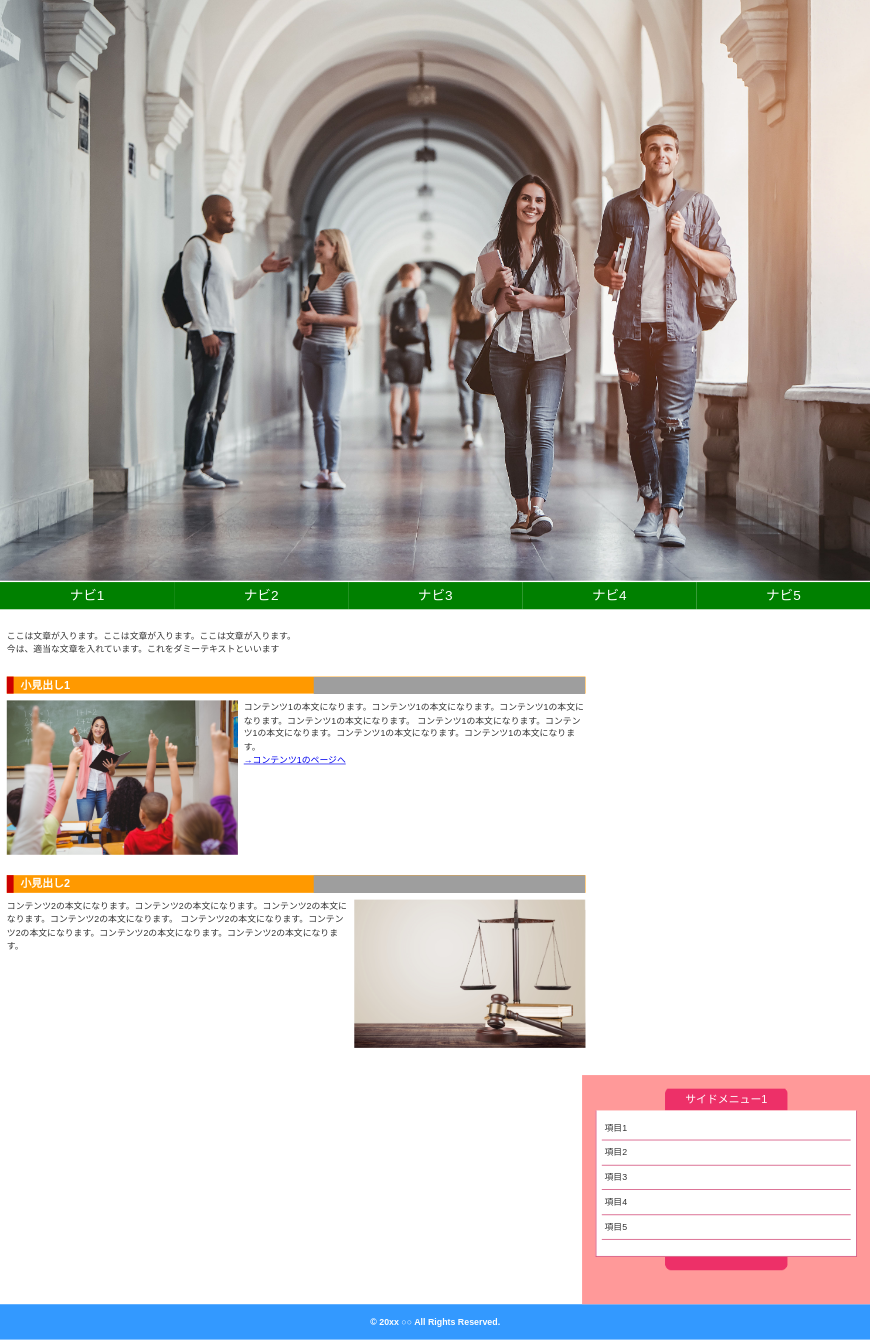
Repository: Soto-Iwaki/samurai_HTML-CSS
Page: home.html
The author's editor kept a record of every edit. The page is drawn from the files as they stood at one moment, then again after the next edit.
The browser window is 1280 px wide. The pictures show the whole page, at 68% of full size.
Pictures or frames that could not be fetched are drawn as grey boxes.

Above is the page before.

### home.html
<!DOCTYPE html>
<html lang="ja">
    <head>
        <meta charset="UTF-8">
        <title>HTML/CSSの学習</title>
        <link rel="stylesheet" href="stylesheet.css">
    </head>
    <body>
            <div id="header">
                <h1><a href="index.html"><img id="corridor" src="images/corridor.jpg" alt="大学の廊下" /></a></h1>
            </div>
        <div id="wrapper">
            <div id="nav">
                <ul>
                    <li><a href="home.html">ナビ1</a></li>
                    <li><a href="#">ナビ2</a></li>
                    <li><a href="#">ナビ3</a></li>
                    <li><a href="#">ナビ4</a></li>
                    <li><a href="#">ナビ5</a></li>
                </ul>
            </div>
                <div id="container">
                    <div id="main">
                        <div class="post">
                            <p>ここは文章が入ります。ここは文章が入ります。ここは文章が入ります。<br/>今は、適当な文章を入れています。これをダミーテキストといいます</p>
                        </div>
                        <div class="post clearfix">
                            <h2>小見出し1</h2>
                            <img class="left" src="images/classroom.jpg" alt="授業風景" />
                            <p>
                                コンテンツ1の本文になります。コンテンツ1の本文になります。コンテンツ1の本文になります。コンテンツ1の本文になります。
                                コンテンツ1の本文になります。コンテンツ1の本文になります。コンテンツ1の本文になります。コンテンツ1の本文になります。
                            </p>
                            <p><a href="#">→コンテンツ1のページへ</a></p>
                        </div>
                    <div class="post clearfix">
                        <h2>小見出し2</h2>
                        <img class="right" src="images/scale.jpg" alt="天秤" />
                        <p>
                            コンテンツ2の本文になります。コンテンツ2の本文になります。コンテンツ2の本文になります。コンテンツ2の本文になります。
                            コンテンツ2の本文になります。コンテンツ2の本文になります。コンテンツ2の本文になります。コンテンツ2の本文になります。
                        </p>
                    </div>
                </div>
        </div>
            <div id="side">
                <div class="box">
                    <h2>サイドメニュー1</h2>
                    <div class="boxBody">
                        <ul>
                            <li>項目1</li>
                            <li>項目2</li>
                            <li>項目3</li>
                            <li>項目4</li>
                            <li>項目5</li>
                        </ul>
                    </div>
                </div>
            </div>
        <div id="footer">
            <p>&copy; 20xx ○○ All Rights Reserved.</p>
            </div>
    </body>
</html>

### stylesheet.css
@charset "utf-8";

body {
	margin: 0;
	padding: 0;
	font-family: "ヒラギノ角ゴ Pro W3", "Hiragino Kaku Gothic Pro", "メイリオ", Meiryo, Osaka, "ＭＳ Ｐゴシック", "MS PGothic", sans-serif;
	color: #333;
	font-size: 13px;
	line-height: 150%;
}

/* -------------------- wrapper -------------------- */
#wrapper {
	width: 100%;
	margin: auto;
	padding: 0px;
	border: 0px;
	background-color: #FFF;
	top: 10px;
}

/* -------------------- header -------------------- */
#header {
	width: 100%;
}
#header h1 {
	margin: 0;
	padding: 0;
}

#corridor {
	width: 100%;
	height: auto;
}

/* -------------------- footer -------------------- */
#footer {
	clear: both;
	width: 100%;
	padding: 3px 0 3px 0;
	background: #39F;
	color: #FFF;
	font-weight: bold;
	text-align: center;
}

/* -------------------- nav -------------------- */
#nav {
	width: 100%;
}
#nav ul {
	display: flex;
	margin: 0;
	padding: 0;
	list-style-type: none;
}
#nav ul li {
	width: 20%;
	text-align: center;
}
#nav ul li a {
	display: block;
	height: 20px;
	margin: 0;
	padding: 10px;
	color: #FFF;
	font-size: 20px;
	text-decoration: none;
	background-color: green;
}

#nav ul Li a:hover {
	filter: drop-shadow(10px 10px 10px black);
}

/* -------------------- container -------------------- */
#container {
	width: 100%;
	margin: auto ;
	padding: auto;
	padding-top: 20px;
	clear: both;
	display: grid;
	grid-template-columns: 70vw 30vw
}
/* -------------------- main -------------------- */
#main {
	width: 95%;
	padding: 10px 30px 10px 10px;
}
#main h2 {
	margin: 0 0 10px 0;
	padding: 3px 10px 3px 10px;
	color: #FFF;
	font-size: 16px;
	border-left: solid 10px #C00;
	background: #F90 url(../images/main_h2.jpg) right top repeat-y;
}
#main p {
	margin: 0;
	padding: 0;
}
#main .post {
	margin: 0 0 30px 0;
}

#main .post img.right {
	margin: 0 0 0 8px;
}
#main .post img.left {
	margin: 0 8px 0 0;
}

.right {
	float: right;
	width: 40%;
	height: auto;
}
.left {
	float: left;
	width: 40%;
	height: auto;
}

/* -------------------- clearfix -------------------- */
.clearfix {
	zoom: 1;
}
.clearfix:after{
	content: "";
	display: block;
	clear: both;
}

/* -------------------- side -------------------- */
#side {
	float: right;
	width: 30%;
	padding: 20px;
	background-color: #F99;
}
#side .box {
	margin: 0 auto 30px auto;
	padding: 0 0 20px 0;
	background: url(images/side_box.png) bottom no-repeat;
}
#side .box h2 {
	margin: 0;
	padding: 8px;
	text-align: center;
	color: #fff;
	font-size: 16px;
	line-height: 16px;
	font-weight: normal;
	background: url(images/side_box_h2.png) center no-repeat;
}
#side .box .boxBody {
	padding: 8px;
	border-right: solid 1px #C36;
	border-bottom: solid 1px #C36;
	border-left: solid 1px #C36;
	background: #fff;
}
#side .box .boxBody ul {
	margin: 0 0 16px 0;
	padding: 0;
}
#side .box .boxBody ul li {
	padding: 8px 0 8px 4px;
	list-style: none;
	border-bottom: solid 1px #C36;
}

#side .box .boxBody ul li:hover {
	padding: 8px 0 8px 4px;
	list-style: none;
	border-bottom: solid 1px #C36;
	box-shadow: 0px 4px 4px rgba(0, 0, 0, 0.3);
}

After the next edit:
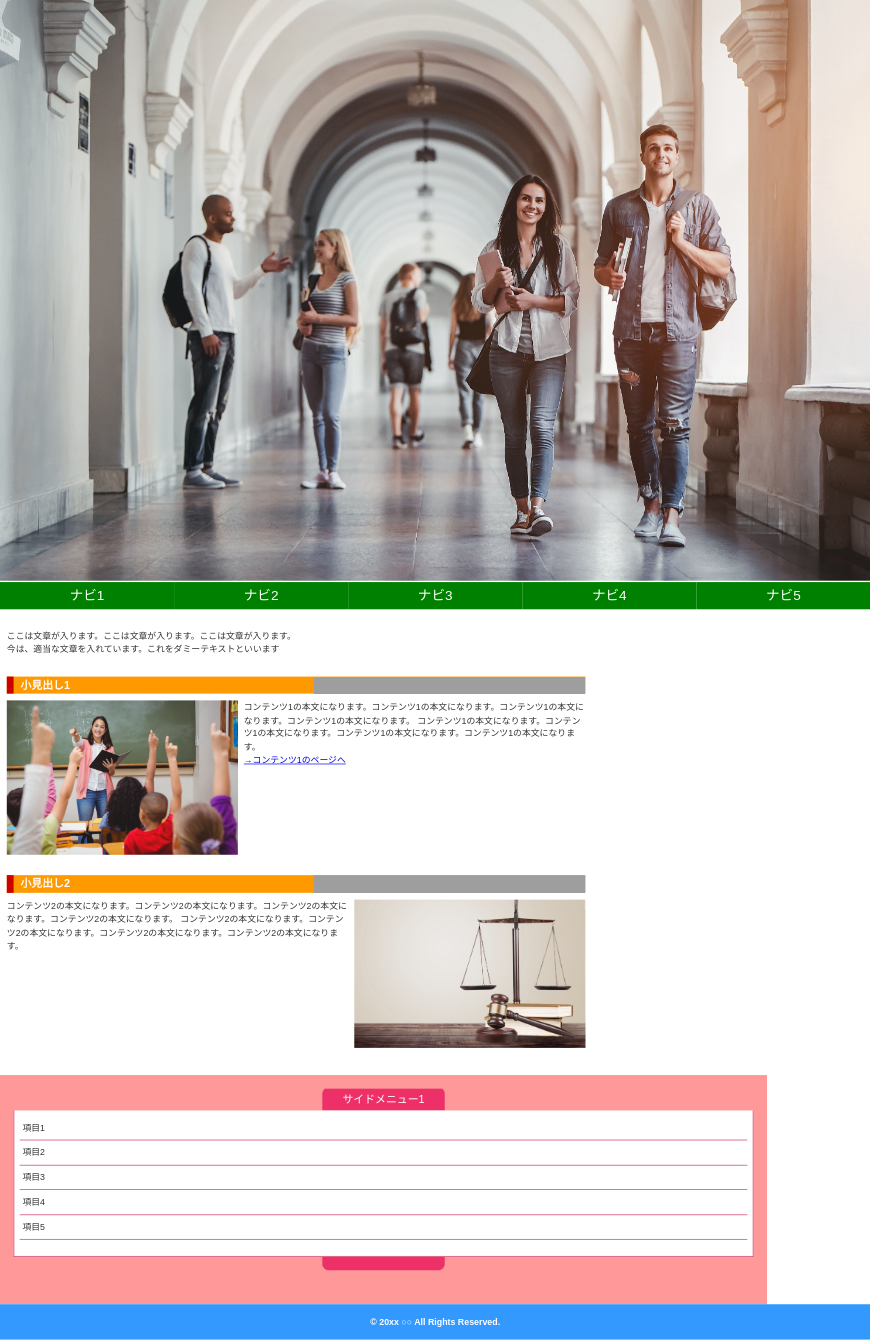
The edit:
--- a/stylesheet.css
+++ b/stylesheet.css
@@ -69,7 +69,7 @@
 	background-color: green;
 }
 
-#nav ul Li a:hover {
+#nav ul li a:hover {
 	filter: drop-shadow(10px 10px 10px black);
 }
 
@@ -81,7 +81,7 @@
 	padding-top: 20px;
 	clear: both;
 	display: grid;
-	grid-template-columns: 70vw 30vw
+	grid-template-columns: 70vw 30vw;
 }
 /* -------------------- main -------------------- */
 #main {
@@ -134,8 +134,7 @@
 
 /* -------------------- side -------------------- */
 #side {
-	float: right;
-	width: 30%;
+	width: 85%;
 	padding: 20px;
 	background-color: #F99;
 }
